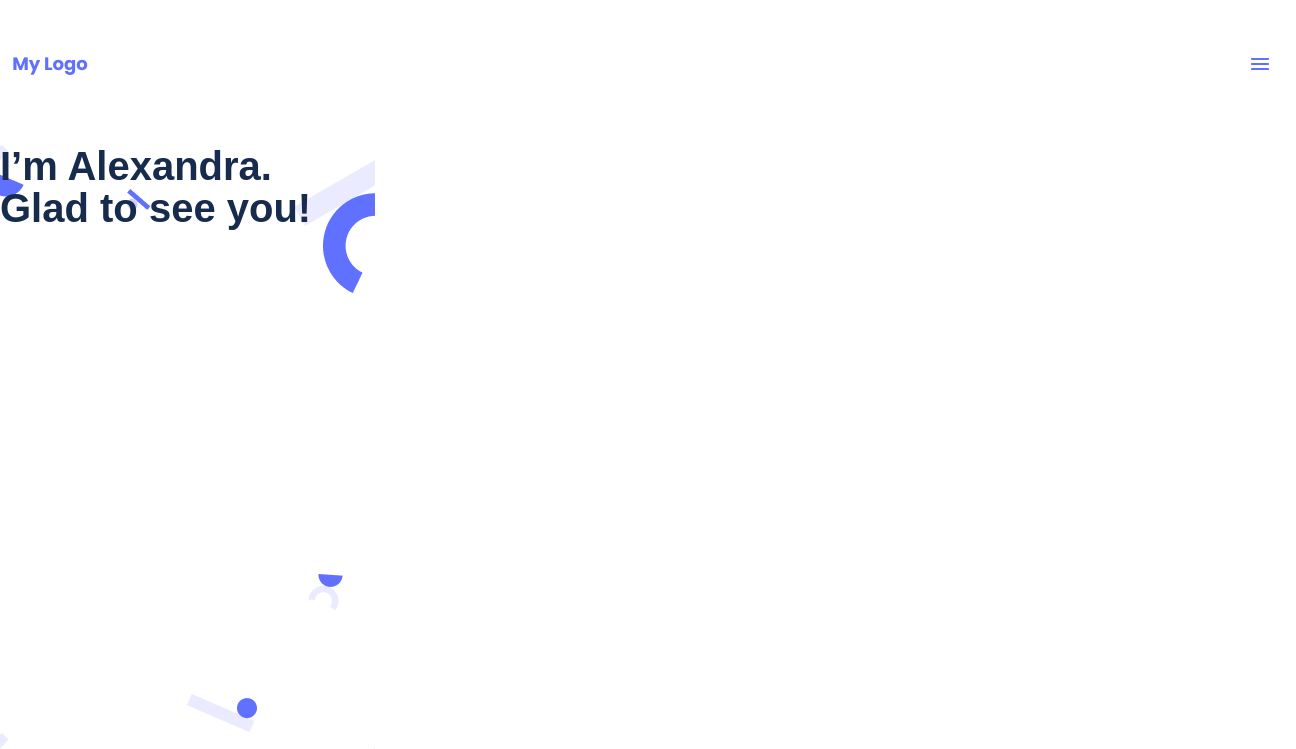
Repository: Paulinelali/potfoilo.github.io
Page: public/index.html
These files come from the project's save history. The page is drawn as it stood at one moment and after a run of saves; the edit follows.
The browser window is 1280 px wide. The page is 1280 px wide, then 1296 px, then 1280 px, so the pictures cover 1296 px, including what lies to the right of the window. The pictures show the whole page.

Above is the page before, as saved 2023-03-24 21:33:18.

### public/index.html
<!DOCTYPE html>
<html lang="en">
<head>
    <meta charset="UTF-8">
    <meta http-equiv="X-UA-Compatible" content="IE=edge">
    <meta name="viewport" content="width=device-width, initial-scale=1.0">
    <link rel="stylesheet" href="../styles/style.css">
    <title>Ayomide S.E.P</title>
</head>
<body>
    <div class="site-wrapper"></div>
    <header class="header header-top">
        <div class="header-inner sp-btw-flex">
            <div class="heoader-log">
                <img src="../assets/Logo Placeholder.png" alt="">
            </div>
            <div class="header-mobile-icon">
                <img src="../assets/Normal Button/Tertiary/Enabled.png" alt="">
            </div>
        </div>
    </header>

    <section class="intro-section">
        <h2 class="intro-title">I’m Alexandra.
            Glad to see you!</h2>
    </section>
</body>
</html>

### styles/style.css
*{
    box-sizing: border-box;
    padding: 0px;
    margin: 0px;
}
.site-wrapper{ padding: 16px}
.intro-section{
    background-image: url("../assets/header-shapes\ mobile.png");
    width: 375px;
    background-size: contain;
    position: absolute;
    top: 145px;
    height: 604px;

}

.intro-title{
    font-family: 'Poppins', sans-serif;
    font-size: 40px;
    font-weight: 700;
    line-height: 42px;
    color: #172B4D;
    width: 327px;
    align-items: center;
}

.header-inner{
    position: absolute;
    width: 100%;
    height: 48px;
    top: 44px;
    display: flex;
    justify-content: space-between;
}

.sp-btw-flex{ display: flex;}
.sp-btw-fle .heoader-log{
    width: 40px;
    height: 40px;
    left: 24px;
    top: cal(50% -40px/2);
    border-radius: 8px;
    -webkit-border-radius: 8px;
    -moz-border-radius: 8px;
    -ms-border-radius: 8px;
    -o-border-radius: 8px;
}

.header-mobile-icon{
    width: 40px;
    height: 40px;
    right: 24px;
    top: cal(50% -40px/2);
    border-radius: 8px;
    -webkit-border-radius: 8px;
    -moz-border-radius: 8px;
    -ms-border-radius: 8px;
    -o-border-radius: 8px;
}

After the next 3 saves:
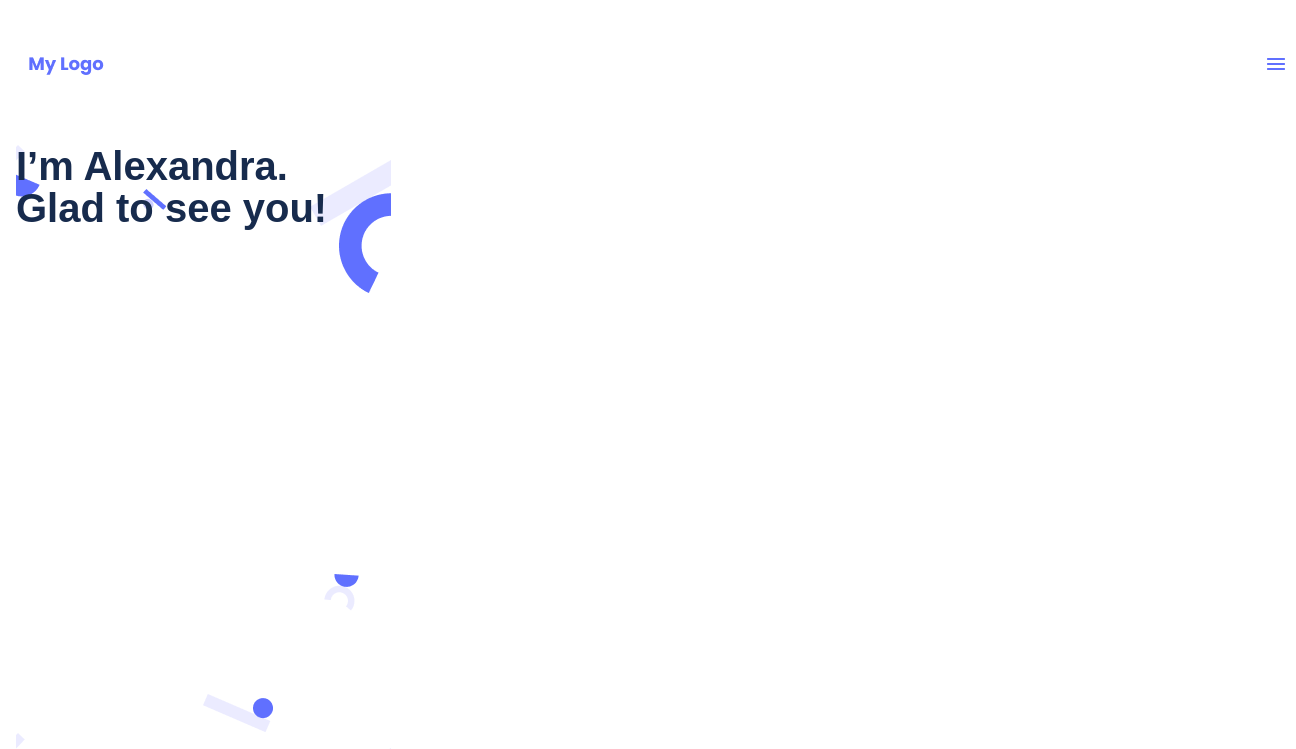
The 3 saves are shown as one change because they came seconds apart.
The last was saved 8 s later.
--- a/public/index.html
+++ b/public/index.html
@@ -8,7 +8,7 @@
     <title>Ayomide S.E.P</title>
 </head>
 <body>
-    <div class="site-wrapper"></div>
+    <div class="site-wrapper">
     <header class="header header-top">
         <div class="header-inner sp-btw-flex">
             <div class="heoader-log">
@@ -24,5 +24,6 @@
         <h2 class="intro-title">I’m Alexandra.
             Glad to see you!</h2>
     </section>
+</div>
 </body>
 </html>

After the 4 saves that followed:
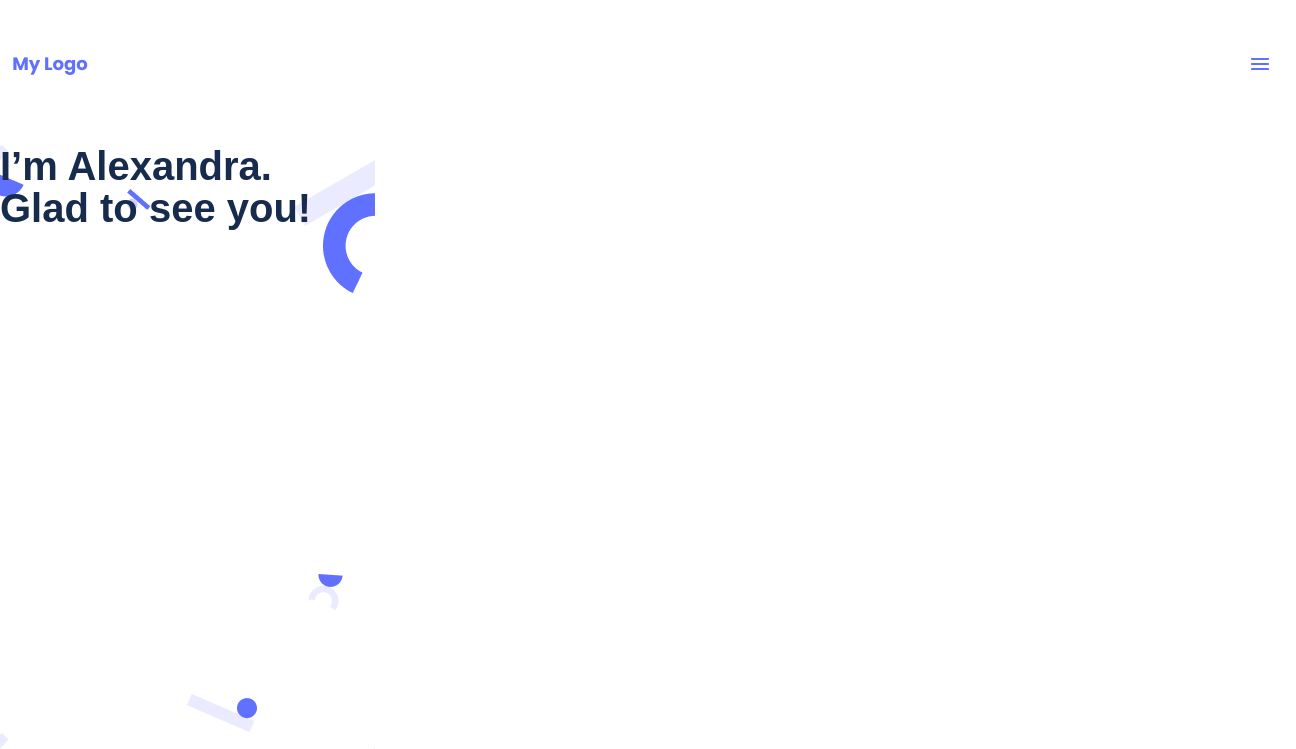
The 4 saves are shown as one change because 2 left the picture as it was and some came seconds apart.
The last was saved 86 s later.
--- a/public/index.html
+++ b/public/index.html
@@ -8,7 +8,7 @@
     <title>Ayomide S.E.P</title>
 </head>
 <body>
-    <div class="site-wrapper">
+
     <header class="header header-top">
         <div class="header-inner sp-btw-flex">
             <div class="heoader-log">
@@ -24,6 +24,5 @@
         <h2 class="intro-title">I’m Alexandra.
             Glad to see you!</h2>
     </section>
-</div>
 </body>
 </html>
